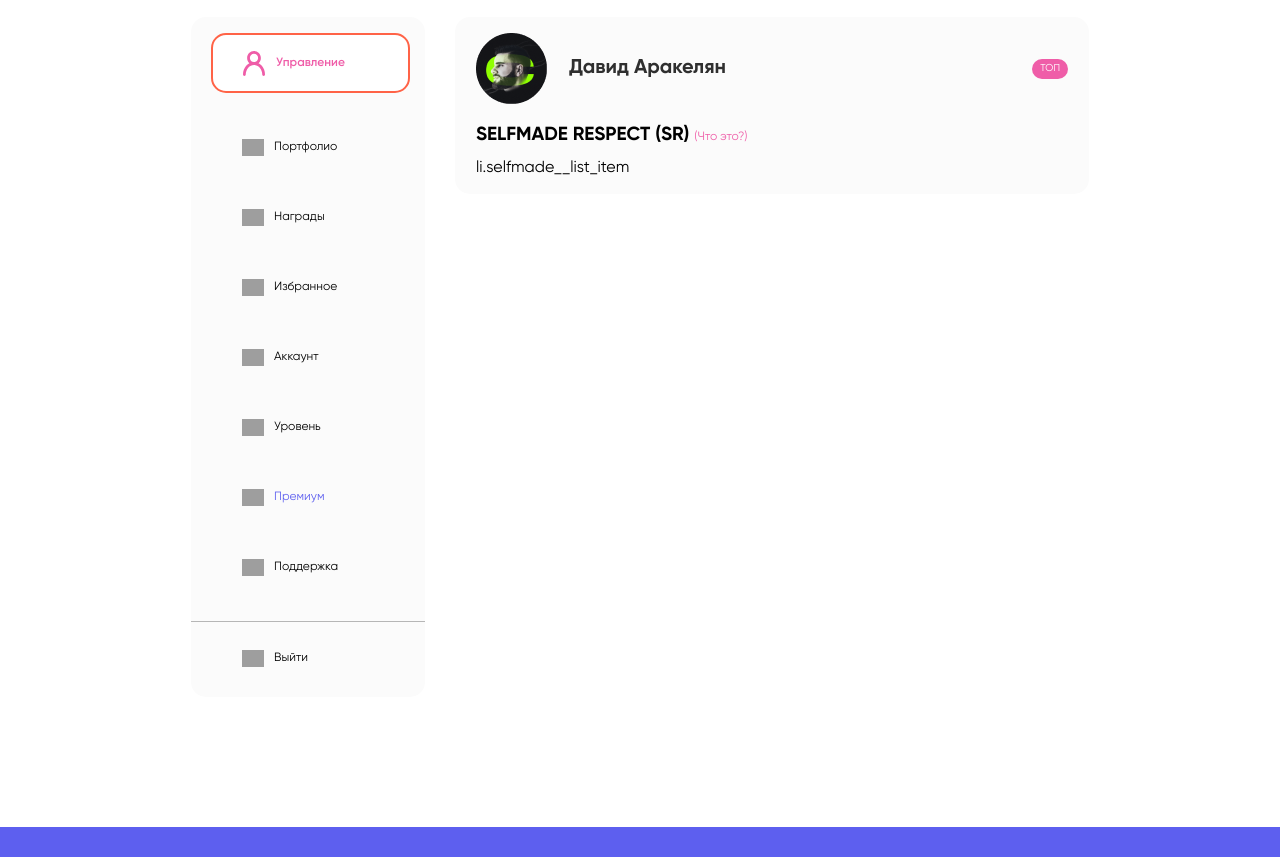
Repository: alexboagreek/selfmade
Page: index.html
An editor plug-in stored every save of this project. The page is shown before and after the next save, followed by the edit.
The browser window is 1280 px wide. The pictures show the part of the page from y = 353 to 1210 px (the page is 1719 px tall).
Pictures or frames that could not be fetched are drawn as grey boxes. A picture or video elsewhere on the page could not be fetched, so the positions and the page height are approximate.

Above is the page before, as saved 2022-12-13 12:53:41.

After the next save:
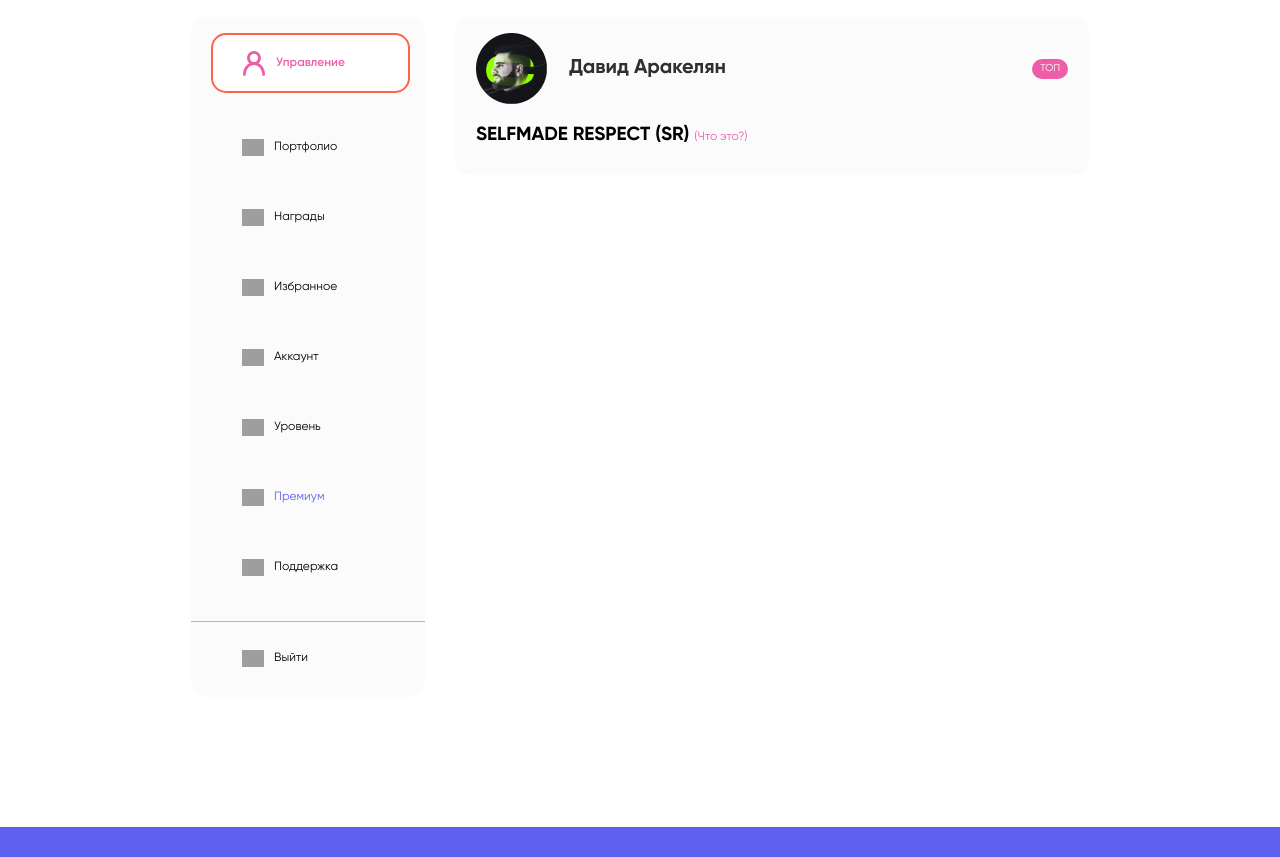
Saved 4 s later.
--- a/index.html
+++ b/index.html
@@ -77,7 +77,11 @@
                     <div class="selfmade__respect">
                         <h2 class="selfmade__respect_title">SELFMADE RESPECT (SR) <span class="selfmade__span">(Что это?)</span></h2>
                         <ul class="selfmade__list">
-                            li.selfmade__list_item
+                            <li class="selfmade__list_item"></li>
+                            <li class="selfmade__list_item"></li>
+                            <li class="selfmade__list_item"></li>
+                            <li class="selfmade__list_item"></li>
+                            <li class="selfmade__list_item"></li>
                         </ul>
                     </div>
                 </div>
